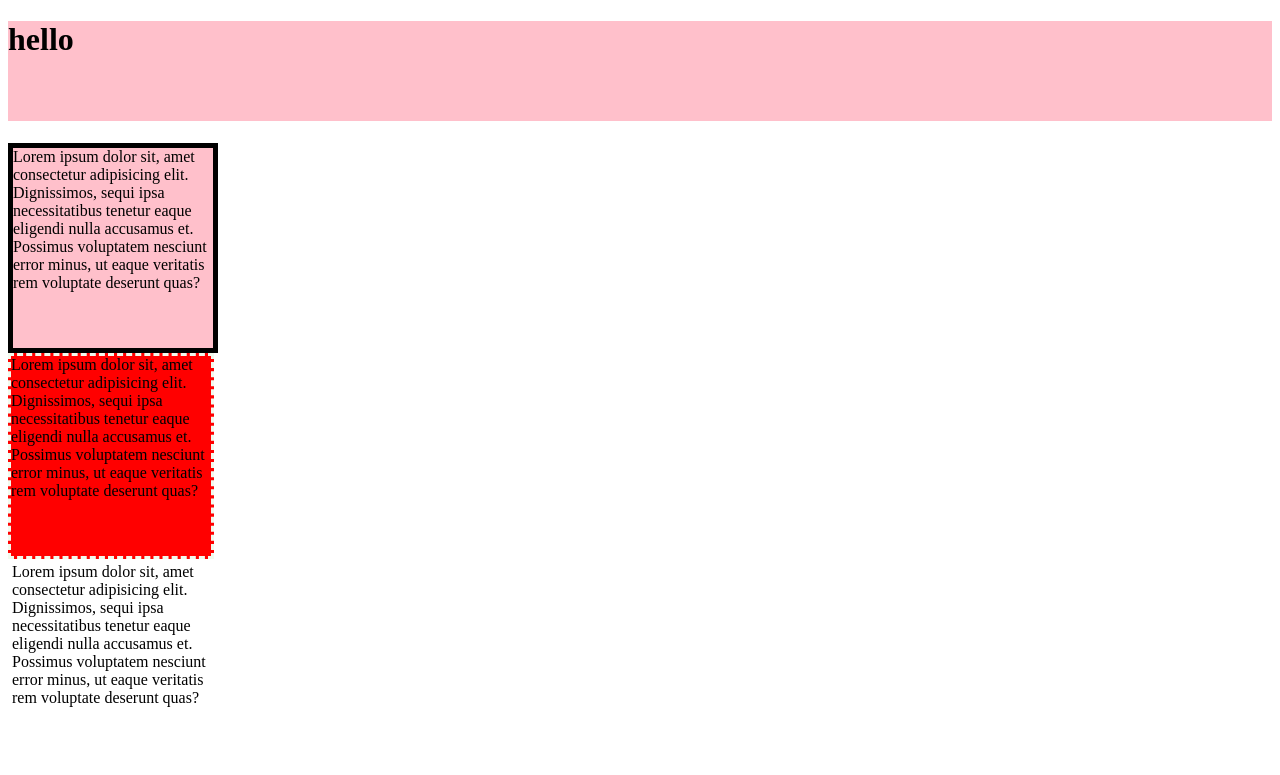
Repository: zhFIsHappy/UdemyFullStack
Page: index1.html
An editor plug-in stored every save of this project. The page is shown before and after the next save, followed by the edit.
The browser window is 1280 px wide. The pictures show the whole page.

Above is the page before, as saved 2022-03-22 20:45:49.

### index1.html
<!DOCTYPE html>
<html lang="en">
<head>
    <meta charset="UTF-8">
    <meta http-equiv="X-UA-Compatible" content="IE=edge">
    <meta name="viewport" content="width=device-width, initial-scale=1.0">
    <title>Document</title>
    <link rel="stylesheet" href="app1.css">
</head>
<body>
    <h1>hello</h1>
    <div id ="one">Lorem ipsum dolor sit, amet consectetur adipisicing elit. Dignissimos, sequi ipsa necessitatibus tenetur eaque eligendi nulla accusamus et. Possimus voluptatem nesciunt error minus, ut eaque veritatis rem voluptate deserunt quas?</div>
    <div id ="two">Lorem ipsum dolor sit, amet consectetur adipisicing elit. Dignissimos, sequi ipsa necessitatibus tenetur eaque
    eligendi nulla accusamus et. Possimus voluptatem nesciunt error minus, ut eaque veritatis rem voluptate deserunt
    quas?</div>
    <div id ="three">Lorem ipsum dolor sit, amet consectetur adipisicing elit. Dignissimos, sequi ipsa necessitatibus tenetur eaque
    eligendi nulla accusamus et. Possimus voluptatem nesciunt error minus, ut eaque veritatis rem voluptate deserunt
    quas?</div>

</body>
</html>

### app1.css
/*height and width*/
div{
    width: 200px;
    height: 200px;
    background-color: #e63946
}
h1{
    background-color: pink;
    height:100px;
}
/* border : width, color, style*/
#one {
    background-color: pink;
    border-width: 5px;
    border-color : black;
    border-style: solid;
    box-sizeing: border-box;
}

#two{
    background-color: red;
    border-color: #f1faee;
    border-width: 3px;
    border-style: dashed;
    border-left-color: 8px;
}

#three{
    background-color: white;
    border : 4px solid white;

}

After the next save:
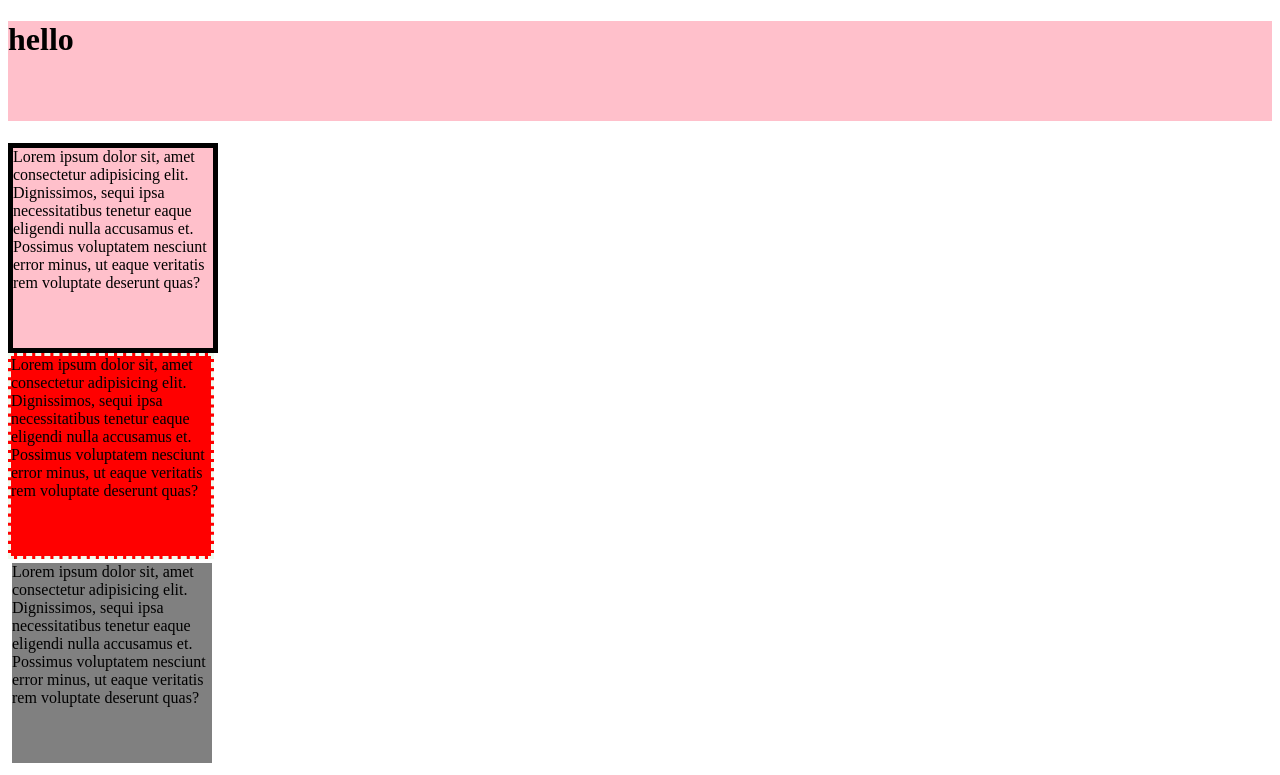
Saved 9 s later.
--- a/app1.css
+++ b/app1.css
@@ -26,7 +26,7 @@
 }
 
 #three{
-    background-color: white;
+    background-color: grey;
     border : 4px solid white;
 
 }
